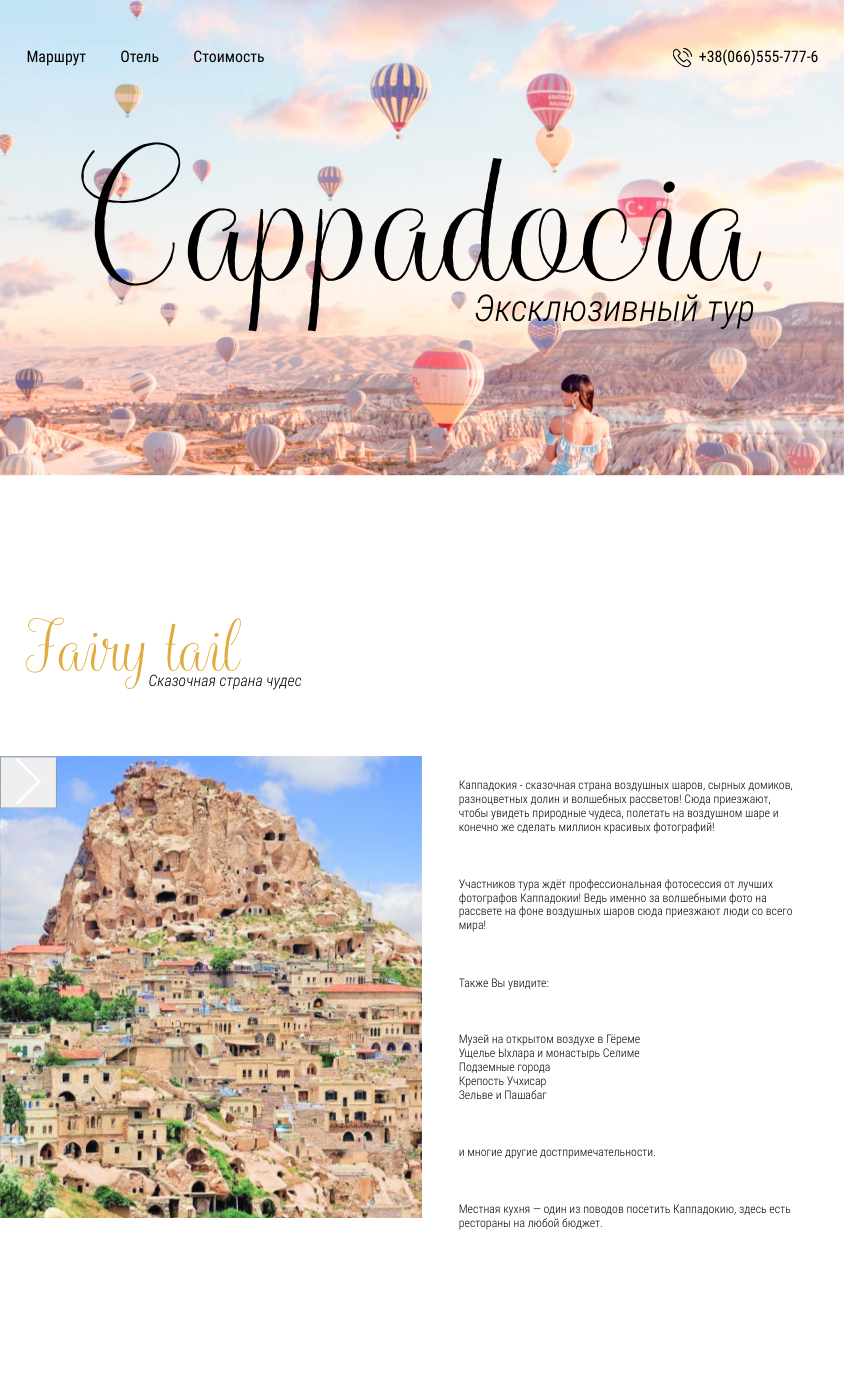
Repository: Lareeman/cappadocia
Page: index.html
An editor plug-in stored every save of this project. The page is shown before and after a run of saves, followed by the edit.
The browser window is 1280 px wide. The pictures show the whole page, at 66% of full size.

Above is the page before, as saved 2024-01-27 13:12:51.

After the next 2 saves:
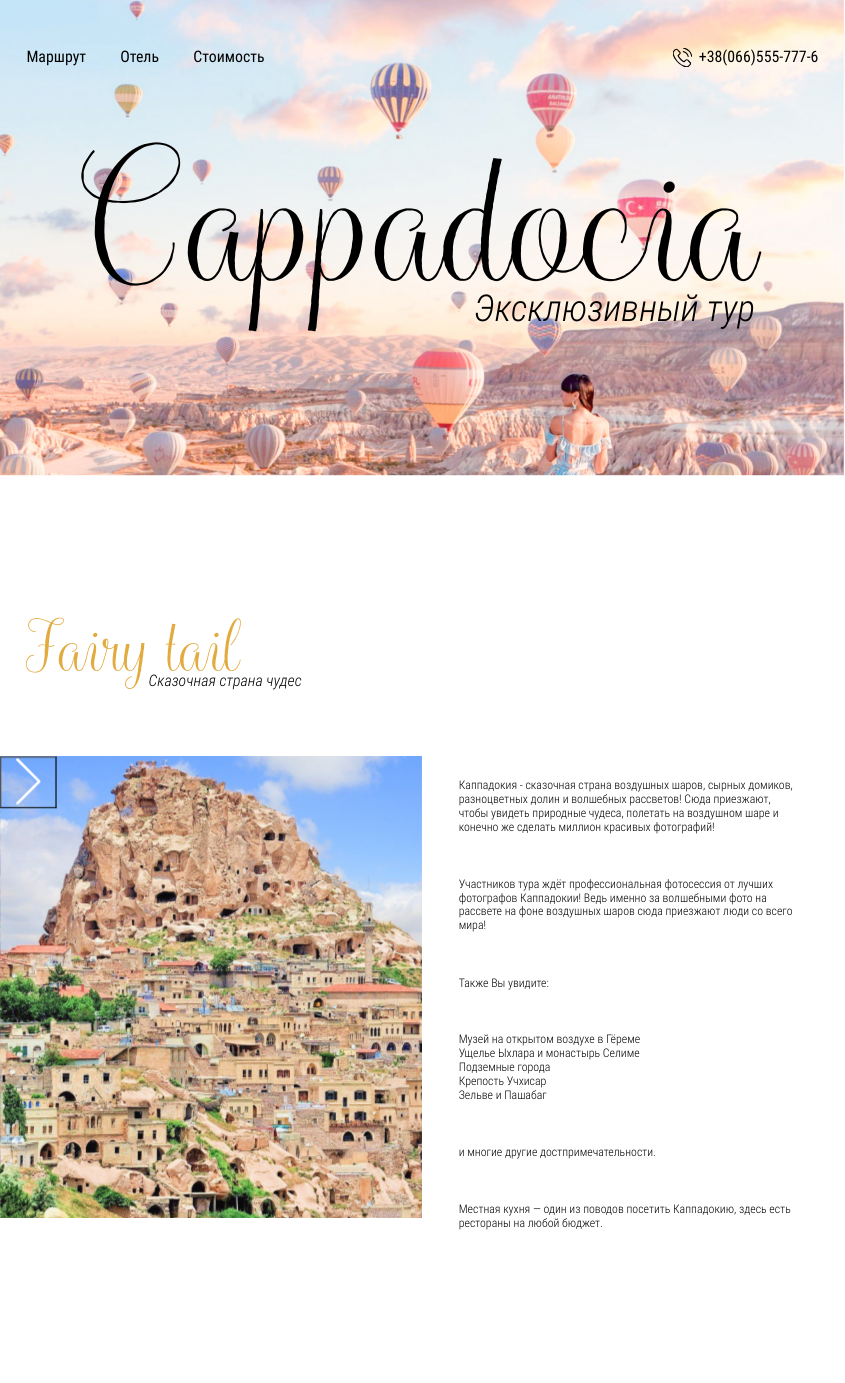
The 2 saves are shown as one change because they came seconds apart.
The last was saved 7 s later.
--- a/css/style.css
+++ b/css/style.css
@@ -187,7 +187,7 @@ body {
   position: absolute;
   top: 0;
   left: 0;
-  ba
+  background-color: transparent;
 }
 .fairy__item {}
 
